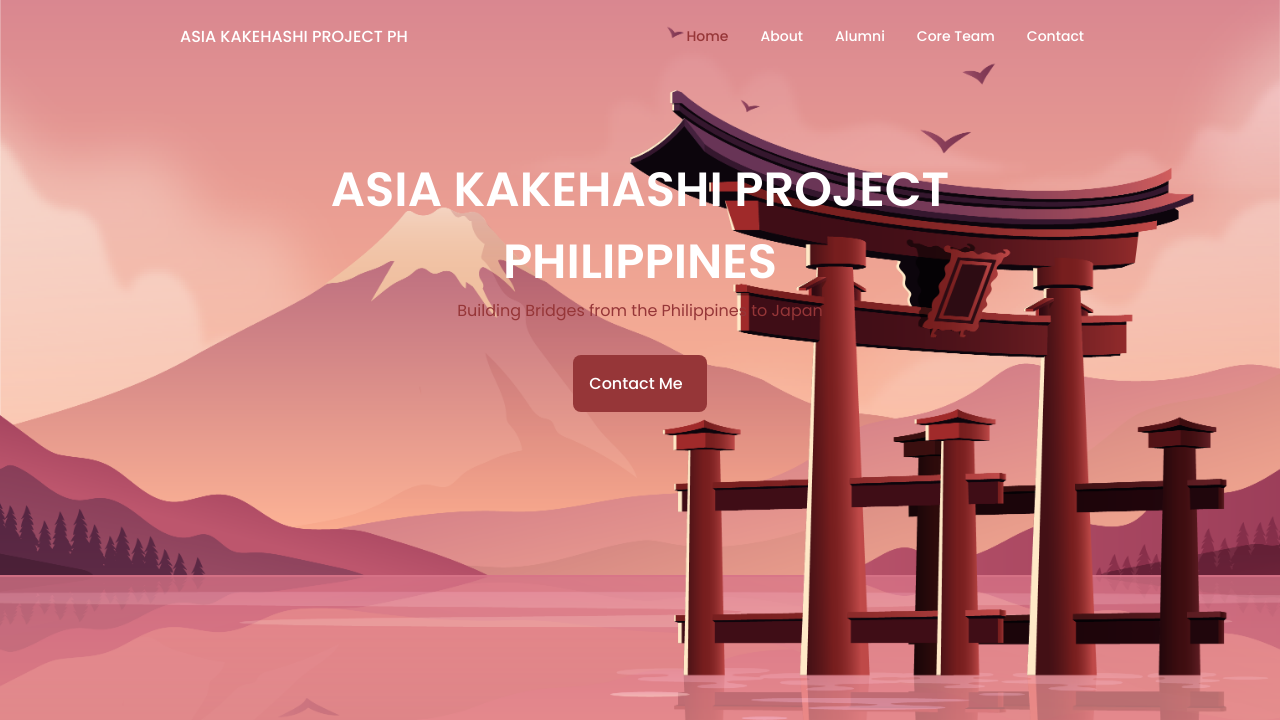
Repository: Aishie123/AKP-PH
Page: index.html
These files come from the project's save history. The page is drawn as it stood at one moment and after the next save; the edit follows.
The browser window is 1280 px wide. The pictures show the whole page.
Some icons come from a web library that is not loaded, so they are not drawn.

Above is the page before, as saved 2024-02-17 15:18:06.

### index.html
<!DOCTYPE html>
    <html lang="en">
    <head>
        <meta charset="UTF-8">
        <meta name="viewport" content="width=device-width, initial-scale=1.0">

        <!--==================== UNICONS ====================-->
        <link rel="stylesheet" href="https://unicons.iconscout.com/release/v4.0.8/css/line.css">


        <!--==================== CSS ====================-->
        <link rel="stylesheet" href="assets/css/styles.css">

        <title>Asia Kakehashi Project Philippines</title>
    </head>
    <body>
        <!--==================== HEADER ====================-->
        <header class="header" id="header">
            <nav class="nav container">
                <a href="#" class="nav__logo">ASIA KAKEHASHI PROJECT PH</a>

                <div class="nav__menu" id="nav-menu">
                    <ul class="nav__list grid">
                        <li class="nav__item">
                            <a href="#home" class="nav__link active-link">
                                <i class="uil uil-estate nav__icon"></i>Home
                            </a>
                        </li>
                        <li class="nav__item">
                            <a href="" class="nav__link">
                                <i class="uil uil-user nav__icon"></i>About
                            </a>
                        </li>
                        <li class="nav__item">
                            <a href="" class="nav__link">
                                <i class="uil uil-file-alt nav__icon"></i>Alumni
                            </a>
                        </li>
                        <li class="nav__item">
                            <a href="" class="nav__link">
                                <i class="uil uil-briefcase-alt nav__icon"></i>Core Team
                            </a>
                        </li>
                        <li class="nav__item">
                            <a href="#contact" class="nav__link">
                                <i class="uil uil-message nav__icon"></i>Contact
                            </a>
                        </li>
                    </ul>
                    <i class="uil uil-times nav__close" id="nav-close"></i>
                </div>

                <div class="nav__btns">
                    <!-- Theme change button -->
                    <i class="uil uil-moon change-theme" id="theme-button"></i>

                    <div class="nav__toggle" id="nav-toggle">
                        <i class="uil uil-apps"></i>
                    </div>
                </div>

            </nav>
        </header>

        <!--==================== MAIN ====================-->
        <main class="main">
            <!--==================== HOME ====================-->
            <section class="home section" id="home">
                <div class="home__container container grid">
                    <div class="home__content grid">
                        <div class="home__data">
                            <h1 class="home__title">ASIA KAKEHASHI PROJECT<br>PHILIPPINES</h1>
                            <p class="home__description">Building Bridges from the Philippines to Japan</p>
                            <a href="#contact" class="button button--flex">
                                Contact Me <i class="uil uil-message button__icon"></i>
                            </a>
                        </div>
                        <div class="home__parallax">
                            <img src="assets/img/bg/600ppi/Front_Mountains.png" id="front-mountains">
                        </div>
                    </div>

                    <div class="home__scroll">
                        <a href="#about" class="home__scroll-button button--flex">
                            <i class="uil uil-mouse-alt home__scroll-mouse"></i>
                            <span class="home__scroll-name">Scroll down</span>
                            <i class="uil uil-arrow-down home__scroll-arrow"></i>
                        </a>
                    </div>
                </div>
            </section>





        <!--==================== SCROLL TOP ====================-->
        <a href="" class="scrollup" id="scroll-up">
            <i class="uil uil-arrow-up scrollup__icon"></i>
        </a>

        <!--==================== MAIN JS ====================-->
        <script src="assets/js/main.js"></script>
    </body>
</html>

### assets/css/styles.css
/*==================== GOOGLE FONTS ====================*/
@import url('https://fonts.googleapis.com/css2?family=Poppins:wght@400;500;600&display=swap');

/*==================== VARIABLES CSS ====================*/
:root {
    --header-height: 3rem;

    /*========== Colors ==========*/
    /* Change favorite color */
    --hue-color: 359;

    /* HSL color mode */
    --first-color: hsl(var(--hue-color), 47%, 40%);
    --first-color-second: hsl(var(--hue-color), 47%, 40%);
    --first-color-alt: hsl(var(--hue-color), 35%, 32%);
    --first-color-lighter: hsl(var(--hue-color), 70%, 64%);
    --title-color: var(--container-color);
    --text-color: var(--first-color);
    --text-color-light: hsl(var(--hue-color), 8%, 65%);
    --input-color: hsl(var(--hue-color), 70%, 96%);
    --body-color: hsl(var(--hue-color), 60%, 99%);
    --container-color: #fff;
    --scroll-bar-color: hsl(var(--hue-color), 12%, 90%);
    --scroll-thumb-color: hsl(var(--hue-color), 12%, 80%);

    /*========== Font and typography ==========*/
    --body-font: 'Poppins', sans-serif;

    /* .5rem = 8px, 1rem = 16px, 1.5rem = 24px ... */
    --big-font-size: 2rem;
    --h1-font-size: 1.5rem;
    --h2-font-size: 1.25rem;
    --h3-font-size: 1.125rem;
    --normal-font-size: .938rem;
    --small-font-size: .813rem;
    --smaller-font-size: .75rem;

    /*========== Font weight ==========*/
    --font-medium: 500;
    --font-semi-bold: 600;

    /*========== Margins Bottom ==========*/
    /* .25rem = 4px, .5rem = 8px, .75rem = 12px ... */
    --mb-0-25: .25rem;
    --mb-0-5: .5rem;
    --mb-0-75: .75rem;
    --mb-1: 1rem;
    --mb-1-5: 1.5rem;
    --mb-2: 2rem;
    --mb-2-5: 2.5rem;
    --mb-3: 3rem;

    /*========== z index ==========*/
    --z-tooltip: 10;
    --z-fixed: 100;
    --z-modal: 1000;
}

/* Font size for large devices */
@media screen and (min-width: 968px) {
    :root {
        --big-font-size: 3rem;
        --h1-font-size: 2.25rem;
        --h2-font-size: 1.5rem;
        --h3-font-size: 1.25rem;
        --normal-font-size: 1rem;
        --small-font-size: .875rem;
        --smaller-font-size: .813rem;
    }
}

/*========== Variables Dark theme ==========*/
body.dark-theme{
  /* HSL color mode */
  --first-color-second: hsl(var(--hue-color), 30%, 8%);
  --title-color: var(--container-color);
  --text-color: hsl(var(--hue-color), 8%, 75%);
  --input-color: hsl(var(--hue-color), 29%, 16%);
  --body-color: hsl(var(--hue-color), 28%, 12%);
  --container-color: hsl(var(--hue-color), 29%, 16%);
  --scroll-bar-color: hsl(var(--hue-color), 12%, 48%);
  --scroll-thumb-color: hsl(var(--hue-color), 12%, 36%);
}

/*========== Button Dark/Light ==========*/
.nav__btns{
  display: flex;
  align-items: center;
}

.change-theme{
  font-size: 1.25rem;
  color: var(--title-color);
  margin-right: var(--mb-1);
  cursor: pointer;
}

.change-theme:hover{
  color: var(--first-color);
}

/*==================== BASE ====================*/
* {
  box-sizing: border-box;
  padding: 0;
  margin: 0;
}

html {
  scroll-behavior: smooth;
}

body {
  margin: 0 0 var(--header-height) 0;
  font-family: var(--body-font);
  font-size: var(--normal-font-size);
  background-color: var(--body-color);
  color: var(--text-color);
}

h1, h2, h3, h4 {
  color: var(--title-color);
  font-weight: var(--font-semi-bold);
}

ul {
  list-style: none;
}

a {
  text-decoration: none;
}

img {
  /*max-width: 100%;*/
  height: auto;
}

/*==================== REUSABLE CSS CLASSES ====================*/
/*
.section {
  padding: 2rem 0 4rem;
}
*/

.section__title {
  font-size: var(--h1-font-size);
  color: var(--title-color);
}

.section__subtitle {
  display: block;
  font-size: var(--small-font-size);
  margin-bottom: var(--mb-3);
}

.section__title,
.section__subtitle {
  text-align: center;
}

/*==================== LAYOUT ====================*/
.container {
  padding-left: var(--mb-1-5);
  padding-right: var(--mb-1-5);
}

.grid {
  display: grid;
  gap: 1.5rem;
}

.header {
  width: 100%;
  position: fixed;
  bottom: 0;
  left: 0;
  z-index: var(--z-fixed);
 /*background-color: var(--body-color);*/
}

/*==================== NAV ====================*/
.nav{
  max-width: 968px;
  height: var(--header-height);
  display: flex;
  justify-content: space-between;
  align-items: center;
}

.nav__logo,
.nav__toggle{
  color: var(--title-color);
  font-weight: var(--font-medium);
}

.nav__logo:hover{
  color: var(--first-color);
}

.nav__toggle{
  font-size: 1.1rem;
  cursor: pointer;
}

.nav__toggle:hover{
  color: var(--first-color);
}

@media screen and (max-width: 767px){
  .nav__menu{
    position: fixed;
    bottom: -100%;
    left: 0;
    width: 100%;
    background-color: var(--body-color);
    padding: 2rem 1.5rem 4rem;
    box-shadow: 0 -1px 4px rgba(0, 0, 0, 0.15);
    border-radius: 1.5rem 1.5rem 0 0;
    transition: .3s;
  }
}

.nav__list{
  grid-template-columns: repeat(3, 1fr);
  gap: 2rem;
}

.nav__link{
  display: flex;
  flex-direction: column;
  align-items: center;
  font-size: var(--small-font-size);
  color: var(--container-color);
  font-weight: var(--font-medium);
}

.nav__link:hover{
  color: var(--first-color);
}

.nav__icon{
  font-size: 1.2rem;
}

.nav__close{
  position: absolute;
  right: 1.3rem;
  bottom: .5rem;
  font-size: 1.5rem;
  cursor: pointer;
  color: var(--first-color);
}

.nav__close:hover{
  color: var(--first-color-alt);
}

/* show menu */
.show-menu{
  bottom: 0;
}

/* Active link */
.active-link{
  color: var(--first-color);
}

/* Change background header */
.scroll-header{
  box-shadow: 0 -1px 4px rgba(0, 0, 0, 0.15);
}

/*==================== HOME ====================*/
.home__container{
    gap: 1rem;
    background: url(../img/bg/600ppi/Back_Sky.png) center/cover no-repeat;
    height: 100vh;
    background-size: cover; /* This will make the background image cover the entire container */
  overflow: hidden; /* Hide any content that overflows the container */
}

  .home__content {
    position: relative;
    padding-top: 3.5rem;
    align-items: center;
  }

  .home__parallax {
    position: absolute;
    top: 0;
    left: 0;
    width: 100%; /* Relative width */
    height: auto; /* Maintain aspect ratio */
    max-width: 100%; /* Ensure the image doesn't exceed its natural size */
    z-index: 0;
  }

  #front-mountains {
    position: relative; /* Change to relative positioning */
    width: 130rem;
    transform: translate(-30%, -30%); /* Adjust to center the element */

  }

  .home__social{
    display: grid;
    grid-template-columns: max-content;
    row-gap: 1rem;
  }

  .home__social-icon{
    font-size: 1.25rem;
    color: var(--first-color);
  }

  .home__social-icon:hover{
    color: var(--first-color-alt);
  }

  .home__data {
    display: flex;
    flex-direction: column;
    align-items: center;
    justify-content: center;
    z-index: var(--z-tooltip);
  }

  .home__title{
    font-size: var(--big-font-size);
    text-align: center;
  }

  .home__subtitle{
    font-size: var(--h3-font-size);
    color: var(--text-color);
    font-weight: var(--font-medium);
    margin-bottom: var(--mb-0-75);
  }

  .home__description{
    text-align: center;
    margin-bottom: var(--mb-2);
  }

  .home__scroll{
    display: none;
  }

  .home__scroll-button{
    color: var(--first-color);
    transition: .3s;
  }

  .home__scroll-button:hover{
    transform: translateY(.25rem);
  }

  .home__scroll-mouse{
    font-size: 2rem;
  }

  .home__scroll-name{
    font-size: var(--small-font-size);
    color: var(--title-color);
    font-weight: var(--font-medium);
    margin-right: var(--mb-0-25);
  }

  .home__scroll-arrow{
    font-size: 1.25rem;
  }

  /*==================== BUTTONS ====================*/
  .button{
    display: inline-block;
    background-color: var(--first-color);
    color: #FFF;
    padding: 1rem;
    border-radius: .5rem;
    font-weight: var(--font-medium);
  }

  .button:hover{
    background-color: var(--first-color-alt);
  }

  .button__icon{
    font-size: 1.25rem;
    margin-left: var(--mb-0-5);
    transition: .3s;
  }

  .button--flex{
    display: inline-flex;
    align-items: center;
  }




/*==================== FOOTER ====================*/
.footer{
    text-align: center;
    padding-top: 2rem;
  }

  .footer__container{
    row-gap: 1rem;
  }

  .footer__bg{
    background-color: var(--first-color-second);
    padding: 2rem 0 3rem;
  }

  .footer__title{
    font-size: var(--h1-font-size);
    margin-bottom: var(--mb-0-25);
  }

  .footer__subtitle{
    font-size: var(--small-font-size);
  }

  .footer__socials{
    font-size: 1.25rem;
    /* margin-right: var(--mb-1-5); */
    display: inline-block;
  }

  .footer__social:hover{
    color: var(--first-color-lighter);
  }

  .footer__copy{
    font-size: var(--smaller-font-size);
    text-align: center;
    margin-top: var(--mb-1);
  }

  .footer__title,
  .footer__subtitle,
  .footer__social,
  .footer__copy{
    color: #FFF
  }

  /*========== SCROLL UP ==========*/
  .scrollup{
    position: fixed;
    right: 1rem;
    bottom: -20%;
    background-color: var(--first-color);
    opacity: .8;
    padding: 0 .3rem;
    border-radius: .4rem;
    z-index: var(--z-tooltip);
    transition: .4s;
  }

  .scrollup:hover{
    background-color: var(--first-color-alt);
  }

  .scrollup__icon{
    font-size: 1.5rem;
    color: #FFF;
  }

  /* Show scroll */
  .show-scroll{
    bottom: 5rem;
  }

  /*========== SCROLL BAR ==========*/
  ::-webkit-scrollbar{
    width: .60rem;
    background-color: var(--scroll-bar-color);
    border-radius: .5rem;
  }

  ::-webkit-scrollbar-thumb{
    background-color: var(--scroll-thumb-color);
    border-radius: .5rem;
  }

  ::-webkit-scrollbar-thumb:hover{
    background-color: var(--text-color-light);
  }

  /*==================== MEDIA QUERIES ====================*/
  /* For small devices */
  @media screen and (max-width: 350px){
    .container{
      padding-left: var(--mb-1);
      padding-right: var(--mb-1);
    }

    .nav__menu{
      padding: 2rem .25rem 4rem;
    }

    .nav__list{
      column-gap: 0;
    }

  }

  /* For medium devices */
  @media screen and (min-width: 568px){

    .home__data{
      grid-column: initial;
    }
    .home__img{
      order: 1;
      justify-self: center;
    }
  }

  @media screen and (min-width: 768px){
    .container{
      margin-left: auto;
      margin-right: auto;
    }

    body{
      margin: 0;
    }

    .section__subtitle{
      margin-bottom: 4rem;
    }

    .header{
      top: 0;
      bottom: initial;
    }

    .nav{
      height: calc(var(--header-height) + 1.5rem);
      column-gap: 1rem;
    }

    .nav__icon,
    .nav__close,
    .nav__toggle{
      display: none;
    }

    .nav__list{
      display: flex;
      column-gap: 2rem;
    }
    .nav__menu{
      margin-left: auto;
    }
    .change-theme{
      margin: 0;
    }

    .home__container{
      row-gap: 5rem;
    }
    .home__content{
      padding-top: 5.5rem;
      column-gap: 2rem;
    }
    .home__scroll{
      display: block;
    }
    .home__scroll-button{
      margin-left: 3rem;
    }

  }

  /* For large devices */
  @media screen and (min-width: 1024px){
    .header,
    .main,
    .footer__container{
      padding: 0;
    }

    .home__social{
      transform: translateX(-6rem);
    }

  }

### assets/js/main.js
/*==================== DARK LIGHT THEME ====================*/

const themeButton = document.getElementById('theme-button')
const darkTheme = 'dark-theme'
const iconTheme = 'uil-sun'

// Previously selected topic (if user selected)
const selectedTheme = localStorage.getItem('selected-theme')
const selectedIcon = localStorage.getItem('selected-icon')

// We obtain the current theme that the interface has by validating the dark-theme class
const getCurrentTheme = () => document.body.classList.contains(darkTheme) ? 'dark' : 'light'
const getCurrentIcon = () => themeButton.classList.contains(iconTheme) ? 'uil-moon' : 'uil-sun'

// We validate if the user previously chose a topic
if (selectedTheme) {
  // If the validation is fulfilled, we ask what the issue was to know if we activated or deactivated the dark
  document.body.classList[selectedTheme === 'dark' ? 'add' : 'remove'](darkTheme)
  themeButton.classList[selectedIcon === 'uil-moon' ? 'add' : 'remove'](iconTheme)
}

// Activate / deactivate the theme manually with the button
themeButton.addEventListener('click', () => {
    // Add or remove the dark / icon theme
    document.body.classList.toggle(darkTheme)
    themeButton.classList.toggle(iconTheme)
    // We save the theme and the current icon that the user chose
    localStorage.setItem('selected-theme', getCurrentTheme())
    localStorage.setItem('selected-icon', getCurrentIcon())
})

After the next save:
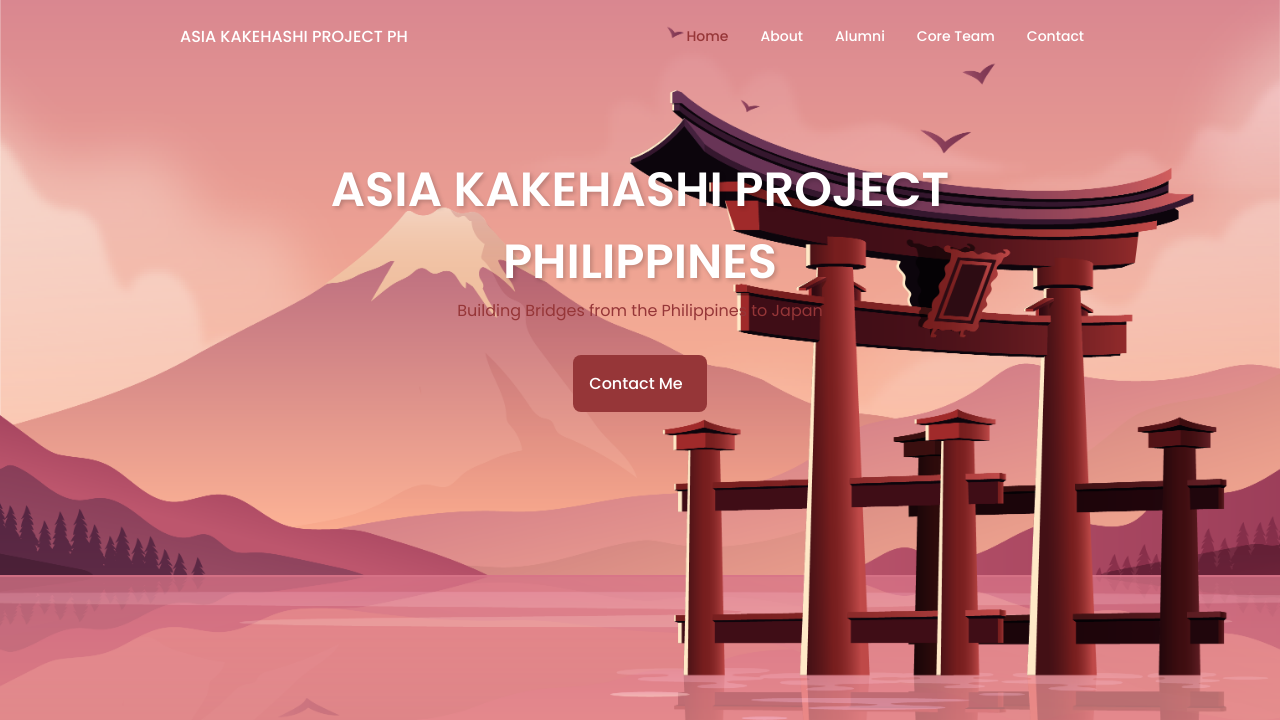
Saved 7 min 31 s later.
--- a/assets/css/styles.css
+++ b/assets/css/styles.css
@@ -329,6 +329,7 @@
   .home__title{
     font-size: var(--big-font-size);
     text-align: center;
+    text-shadow: 2px 2px 4px rgba(0, 0, 0, 0.2); /* Adjust the shadow properties as needed */
   }
 
   .home__subtitle{
